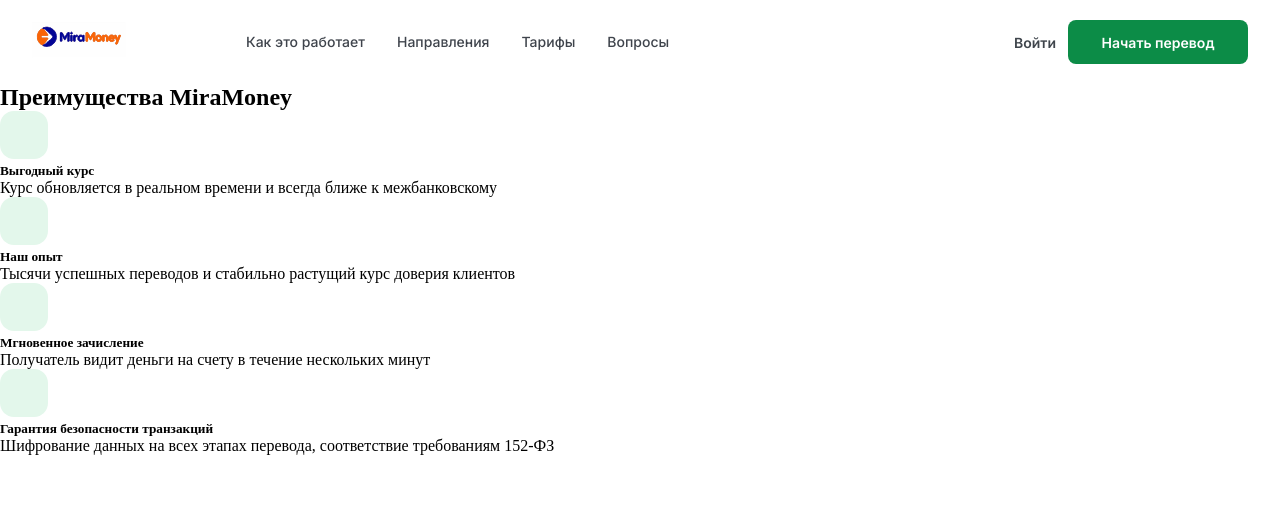
Repository: Shaiyr1/mira-money
Page: index.html
These files come from the project's save history. The page is drawn as it stood at one moment and after a run of saves; the edit follows.
The browser window is 1280 px wide. The pictures show the whole page.

Above is the page before, as saved 2026-10-20 16:25:17.

### index.html
<!DOCTYPE html>
<html lang="en">
<head>
    <meta charset="UTF-8">
    <meta http-equiv="X-UA-Compatible" content="IE=edge">
    <meta name="viewport" content="width=device-width, initial-scale=1.0">
    <link rel="stylesheet" href="/src/css/style.css">
    <title>Document</title>
</head>
<body>
    <header class="header">
        <nav class="header-nav">
            <a class="header-nav__link" href="">
                <img class="header-nav__link-logo" src="./src/img/logo.svg" alt="logo">
            </a>
            <ul class="header-nav__ul">
                <li class="header-nav__li">
                    <a class="header-nav__li-link" href="">Как это работает</a>
                </li>
                <li class="header-nav__li">
                    <a class="header-nav__li-link" href="">Направления</a>
                </li>
                <li class="header-nav__li">
                    <a class="header-nav__li-link" href="">Тарифы</a>
                </li>
                <li class="header-nav__li">
                    <a class="header-nav__li-link" href="">Вопросы</a>
                </li>
            </ul>
            <div class="header-nav__sign">
                <a class="header-nav__sign-link" href="">Войти</a>
                <button class="header-nav__sign-btn">Начать перевод</button>
            </div>
        </nav>
    </header>
    <main class="main">
        <section class="home">
            <div class="container">

            </div>
        </section>
        <section class="advantages">
            <div class="container">
                <h2 class="advantages__title">
                    Преимущества MiraMoney
                </h2>
                <div class="advantages-blocks">
                    <div class="advantages-block">
                        <img class="advantages-block__icon" src="./src/img/icon.svg" alt="icon">
                        <h5 class="advantages-block__title">Выгодный курс</h5>
                        <p class="advantages-block__subtitle">Курс обновляется в реальном времени и всегда ближе к межбанковскому</p>
                    </div>
                    <div class="advantages-block">
                        <img class="advantages-block__icon" src="./src/img/icon.svg" alt="icon">
                        <h5 class="advantages-block__title">Наш опыт</h5>
                        <p class="advantages-block__subtitle">Тысячи успешных переводов и стабильно растущий курс доверия клиентов</p>
                    </div>
                    <div class="advantages-block">
                        <img class="advantages-block__icon" src="./src/img/icon.svg" alt="icon">
                        <h5 class="advantages-block__title">Мгновенное зачисление</h5>
                        <p class="advantages-block__subtitle">Получатель видит деньги на счету в течение нескольких минут</p>
                    </div>
                    <div class="advantages-block">
                        <img class="advantages-block__icon" src="./src/img/icon.svg" alt="icon">
                        <h5 class="advantages-block__title">Гарантия безопасности транзакций</h5>
                        <p class="advantages-block__subtitle">Шифрование данных на всех этапах перевода, соответствие требованиям 152-ФЗ</p>
                    </div>
                </div>
            </div>
        </section>
    </main>
</body>
</html>

### src/css/style.css
@import url('https://fonts.googleapis.com/css2?family=Inter:ital,opsz,wght@0,14..32,100..900;1,14..32,100..900&display=swap');

* {
    margin: 0;
    padding: 0;
    box-sizing: border-box;
}
.container {
    width: 1280px;
    margin: 0 auto;
}

.header {}

.header-nav {
    width: 95%;
    height: 84px;
    margin: 0 auto;
    display: flex;
    align-items: center;
}

.header-nav__link {}

.header-nav__link-logo {}

.header-nav__ul {
    margin-left: 120px;
    display: flex;
    align-items: center;
    gap: 32px;
}

.header-nav__li {
    list-style-type: none;
}

.header-nav__li-link {
    text-decoration: none;
    color: #3f444c;
    font-size: 14px;
    font-family: Inter;
    font-weight: 500;
    transition: 0.4s;
}
.header-nav__li-link:hover {
    color: #0c8c47;
    transition: 0.4s;
    font-size: 14.5px;
}

.header-nav__sign {
    margin-left: auto;
    display: flex;
    align-items: center;
    gap: 12px;
}

.header-nav__sign-link {
    text-decoration: none;
    color: #3f454c;
    font-size: 14px;
    font-family: Inter;
    font-weight: 600;
    transition: 0.4s;
}
.header-nav__sign-link:hover {
    color: #0c8c47;
    transition: 0.4s;
    font-size: 14.5px;

}
.header-nav__sign-btn {
    background-color: #0c8c47;
    width: 180px;
    height: 44px;
    border-radius: 8px;
    color: #ffffff;
    font-size: 14px;
    font-family: Inter;
    font-weight: 600;
    border: none;
    cursor: pointer;
    transition: 0.4s;
}
.header-nav__sign-btn:hover {
    background-color: rgb(0, 96, 0);
    transition: 0.4s;
}



.advantages {
}

.advantages__title {
}
.advantages-blocks {
}
.advantages-block {
}
.advantages-block__icon {
}
.advantages-block__title {
}
.advantages-block__subtitle {
}

After the next 2 saves:
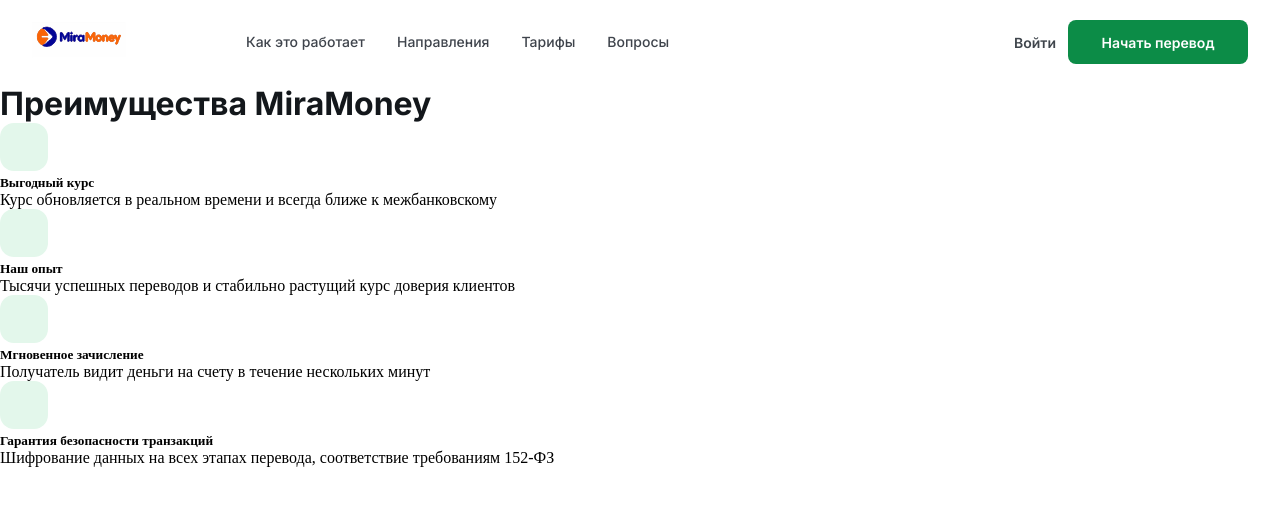
The 2 saves are shown as one change because they came seconds apart.
The last was saved 33 s later.
--- a/src/css/style.css
+++ b/src/css/style.css
@@ -94,6 +94,11 @@
 }
 
 .advantages__title {
+    color:#13171b;
+text-align:left;
+font-size:32px;
+font-family:Inter;
+font-weight:700;
 }
 .advantages-blocks {
 }
